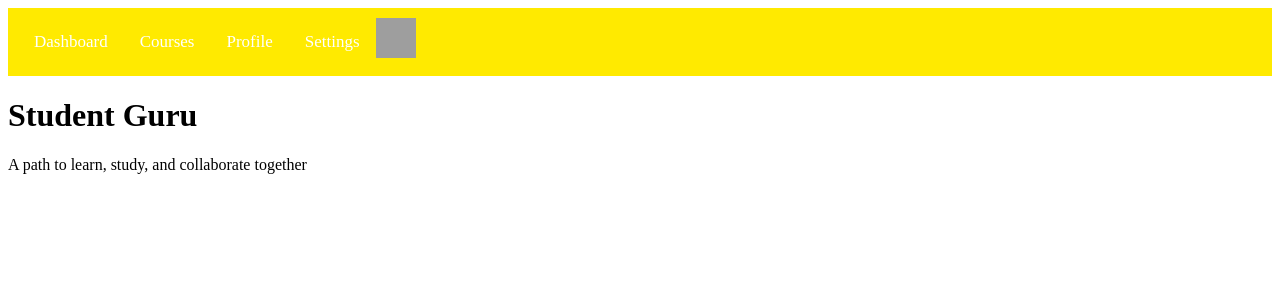
Repository: Priyadharshini-J-CSE/Intership-2025-december
Page: dashboard.html
The author's editor kept a copy of each file at every save. The page is drawn from the files as they stood at one save, then again after a run of saves.
The browser window is 1280 px wide. The pictures show the whole page.
Pictures or frames that could not be fetched are drawn as grey boxes.

Above is the page before, as saved 2025-12-01 14:30:16.

After the next 2 saves:
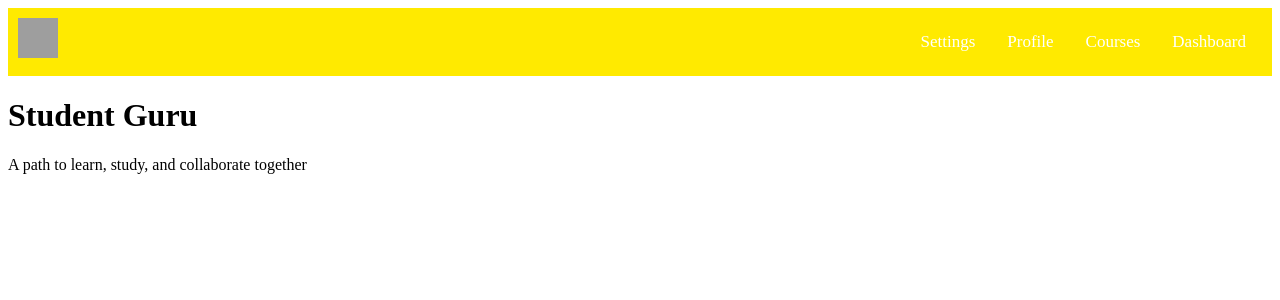
The 2 saves are shown as one change because they came seconds apart.
The last was saved 17 s later.
--- a/dashboard.html
+++ b/dashboard.html
@@ -15,8 +15,8 @@
 width: 40px;
         }
         a{
-            float: left;
-            color: black;
+            float: right;
+
             text-align: center;
             padding: 14px 16px;
             text-decoration: none;
